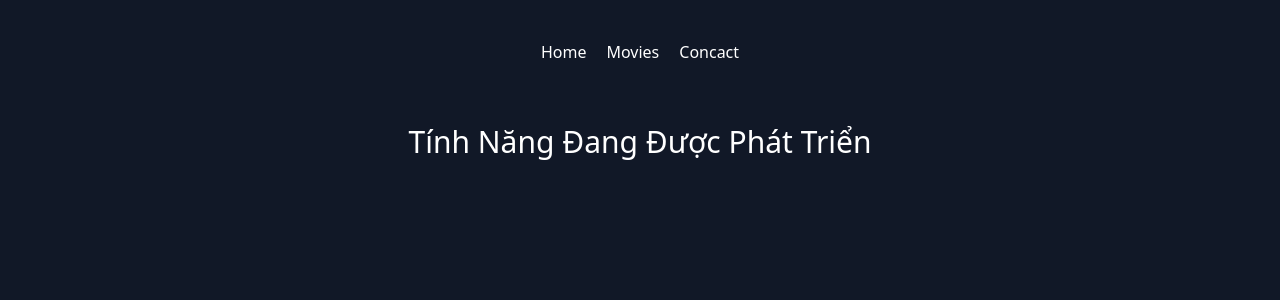
Repository: kieuduc123/ProjectMini-Movies
Page: /concact
The author's editor kept a copy of each file at every save. The page is drawn from the files as they stood at one save, then again after the next save.
The browser window is 1280 px wide. The pictures show the whole page.
The project was rebuilt for these pictures with package versions that can differ from the ones it lists, and the page was loaded fresh each time. Also part of the build but not shown: vite.config.js, src/config.jsx, src/components/banner/Banner.jsx, src/components/movie/MoviCard.jsx, src/components/movie/MoviList.jsx, src/page/Homepage.jsx, src/page/MoviesPage.jsx, src/page/MoviesDetails.jsx.

Above is the page before, as saved 2023-09-06 11:46:12.

After the next save:
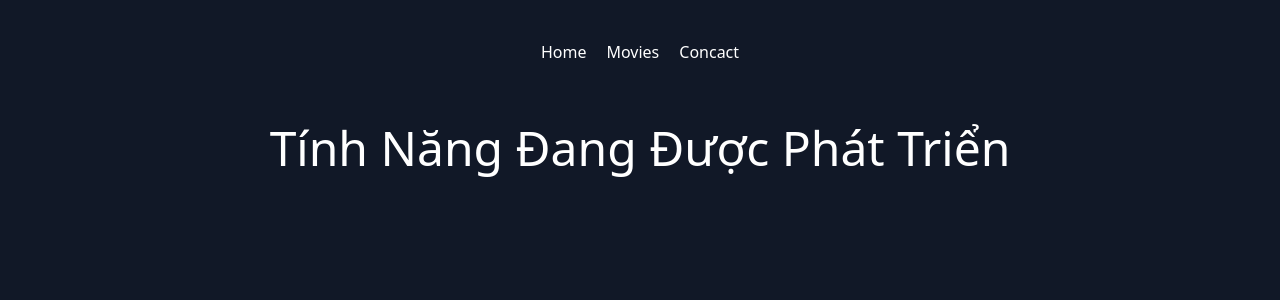
Saved 2 h 2 min later.
--- a/src/page/Concact.jsx
+++ b/src/page/Concact.jsx
@@ -2,7 +2,7 @@ import React from 'react';
 
 const Concact = () => {
     return (
-        <div className='text-3xl text-white text-center' >
+        <div className='text-5xl text-white text-center' >
             Tính Năng Đang Được Phát Triển
         </div>
     );
